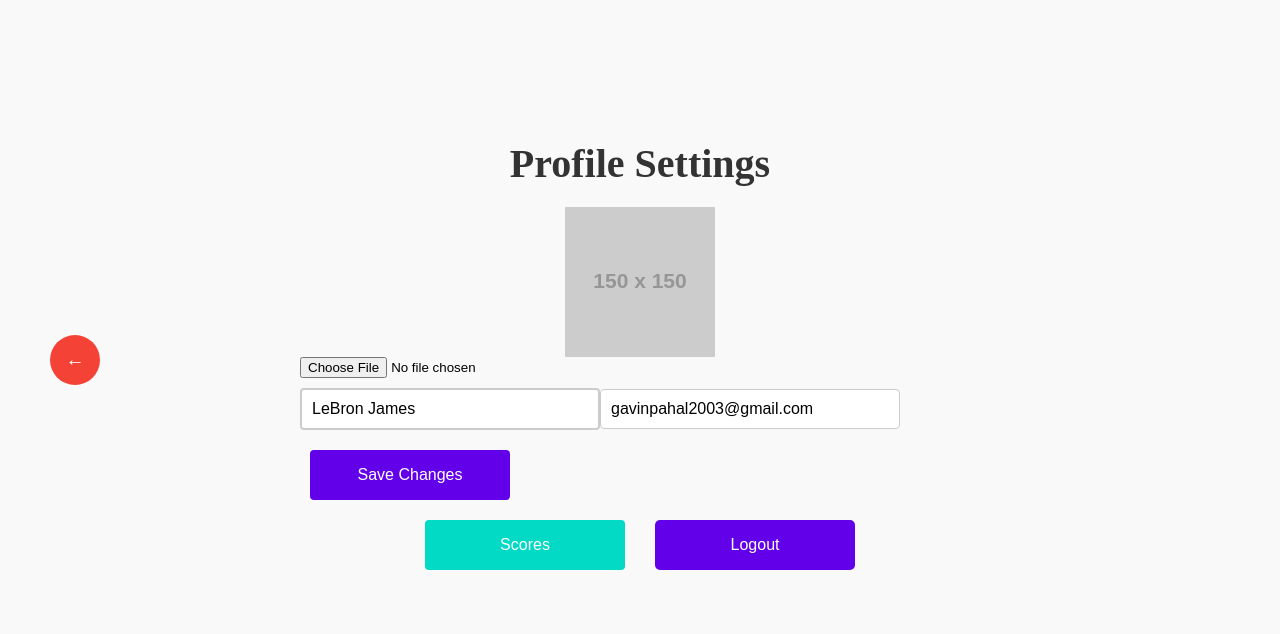
Repository: parnelltse/frontend2-courseproject
Page: /profilesettings
The author's editor kept a copy of each file at every save. The page is drawn from the files as they stood at one save, then again after the next save.
The browser window is 1280 px wide. The pictures show the whole page.
The project was rebuilt for these pictures with package versions that can differ from the ones it lists, and the page was loaded fresh each time. Also part of the build but not shown: vite.config.js, src/pages/landing.jsx, src/pages/home.jsx, src/pages/gameoptions.jsx, src/pages/appsettings.jsx, src/pages/gamehistory.jsx, src/pages/singleplayer.jsx, src/pages/multiplayer.jsx and 4 more.

Above is the page before, as saved 2024-11-17 01:20:16.

### src/App.jsx
import React, { useState } from 'react';
import { BrowserRouter as Router, Routes, Route } from 'react-router-dom';
import { Landing } from './pages/landing';
import Home from './pages/home';
import Gameoptions from './pages/gameoptions';
import AppSettings from './pages/appsettings';
import ProfileSettings from './pages/profilesettings';
import GameHistory from './pages/gamehistory'; // Import GameHistory
import SinglePlayer from './pages/singleplayer';
import MultiPlayer from './pages/multiplayer';
import ResumeGame from './pages/resumegame';
import SingleGame from './pages/singlegame';
import MultiGame from './pages/multigame';

function App() {
  const [scores, setScores] = useState([
    { date: '2024-10-19', score: 85, gameMode: 'Single Player' },
    { date: '2024-10-18', score: 90, gameMode: 'Multiplayer' },
    { date: '2024-10-17', score: 75, gameMode: 'Single Player' },
  ]);

  return (
    <Router>
      <Routes>
        <Route path="/" element={<Landing />} />
        <Route path="/home" element={<Home />} />
        <Route path="/gameoptions" element={<Gameoptions />} />
        <Route path="/appsettings" element={<AppSettings />} />
        <Route path="/profilesettings" element={<ProfileSettings />} />
        <Route path="/gamehistory" element={<GameHistory scores={scores} />} /> {/* Pass scores as prop */}
        <Route path="/singleplayer" element={<SinglePlayer />} />
        <Route path="/multiplayer" element={<MultiPlayer />} />
        <Route path="/resumegame" element={<ResumeGame />} />
        <Route path="/singlegame" element={<SingleGame />} />
        <Route path="/multigame" element={<MultiGame />} />
      </Routes>
    </Router>
  );
}

export default App;

### src/pages/profilesettings.jsx
import React, { useState } from 'react';
import { useNavigate } from 'react-router-dom';
import BackButton from "../components/BackButton";

const ProfileSettings = () => {
  const [profile, setProfile] = useState({
    name: 'LeBron James',
    email: 'gavinpahal2003@gmail.com',
    avatar: 'https://via.placeholder.com/150',
  });

  const navigate = useNavigate();

  // Handle text input changes
  const handleChange = (e) => {
    const { name, value } = e.target;
    setProfile({ ...profile, [name]: value });
  };

  // Handle avatar upload
  const handleImageUpload = (e) => {
    const file = e.target.files[0];
    if (file) {
      const reader = new FileReader();
      reader.onload = () => setProfile({ ...profile, avatar: reader.result });
      reader.readAsDataURL(file);
    }
  };

  return (
    <div className="profile-settings-container">
      <div className="profile-back">
        <BackButton/>
      </div>

      {/* Profile Settings Title */}
      <h1 className="profile-settings-title">Profile Settings</h1>

      {/* Profile Info */}
      <div className="profile-info">
        <div className="profile-avatar">
          <img src={profile.avatar} alt="Avatar" width={150} />
          <input type="file" accept="image/*" onChange={handleImageUpload} />
        </div>
        <input
          className="username-input"
          type="text"
          name="name"
          value={profile.name}
          onChange={handleChange}
          placeholder="Name"
        />
        <input
          className="username-input"
          type="email"
          name="email"
          value={profile.email}
          onChange={handleChange}
          placeholder="Email"
        />
        <button className="save-button" onClick={() => alert('Profile saved!')}>
          Save Changes
        </button>
      </div>

      {/* Navigation Buttons */}
      <div className="navigation-buttons">
        <button className="scores-button" onClick={() => navigate('/gamehistory')}>
          Scores
        </button>
        <button className="logout-button">Logout</button>
      </div>
    </div>
  );
};

export default ProfileSettings;

### src/App.css
/* General Reset */
* {
	margin: 0;
	padding: 0;
	box-sizing: border-box;
}

/* Home page */
.container {
	align-items: center; /* Center the items horizontally */
	justify-content: center; /* Center the items vertically */
	min-height: 100vh; /* Full viewport height */
	background-color: #e3f2fd; /* Light blue background color */
	padding: 20px; /* Padding around content */
	padding-top: 15vh;
}

header {
	text-align: center;
	margin-bottom: 40px; /* Space below header */
	margin: auto;
}

button {
	background-color: #1e88e5; /* Button background color */
	color: white; /* White text color */
	border: none; /* Remove border */
	border-radius: 5px; /* Rounded corners */
	padding: 10px; /* Padding for buttons */
	cursor: pointer; /* Pointer cursor */
	transition: background-color 0.3s; /* Smooth background transition */
	width: 200px; /* Fixed width for all buttons */
	height: 50px; /* Fixed height for all buttons */
	font-size: 1rem; /* Font size for button text */
	margin: 10px; /* Space between buttons */
}

button:hover {
	background-color: #1565c0; /* Darker button color on hover */
}

.button-container {
	display: flex; /* Use flexbox for button alignment */
	flex-direction: column; /* Stack buttons vertically */
	align-items: center; /* Center buttons horizontally */
}

.title {
	font-size: 2.5rem; /* Title font size */
	text-align: center; /* Center the title text */
	margin-bottom: 20px; /* Space below title */
}

.profile-button {
	background-color: #6200ea; /* Primary color */
	color: white; /* White text */
	border: none; /* Remove border */
	border-radius: 5px; /* Rounded corners */
	padding: 10px 20px; /* Button padding */
	font-size: 24px; /* Font size */
	cursor: pointer; /* Pointer cursor on hover */
	transition: background-color 0.3s; /* Smooth background transition */
	width: 200px; /* Ensure the width matches other buttons */
	height: 50px; /* Ensure the height matches other buttons */
	margin-top: 100px;
}

.profile-button:hover {
	background-color: #3700b3; /* Darker shade on hover */
}

.button-container {
	display: flex;
	gap: 20px; /* Space between buttons */
}

.play-button,
.settings-button {
	background-color: #03dac6; /* Secondary color */
	border: none;
	border-radius: 5px;
	padding: 15px 25px; /* Button padding */
	font-size: 1.5rem; /* Font size */
	cursor: pointer; /* Pointer cursor on hover */
	transition: background-color 0.3s; /* Smooth background transition */
	align-items: center;
	text-align: center;
}

.play-button {
	color: rgb(74, 96, 86); /* darker text */
}

.settings-button {
	color: white; /* white text */
}

.play-button:hover {
	background-color: #018786; /* Darker shade on hover */
	color: white; /* white text */

}

.settings-button {
	background-color: #ff5722; /* Different color for settings */
}

.settings-button:hover {
	background-color: #c41c00; /* Darker shade on hover */
}

/* Typography */
h1 {
	font-size: 2.5rem;
	text-align: center;
	margin-bottom: 20px;
}

h2 {
	font-size: 1.75rem;
	text-align: center;
	margin-bottom: 15px;
}

/* Button Styles */
button {
	background-color: #6200ea;
	color: white;
	padding: 10px 20px;
	border: none;
	border-radius: 5px;
	cursor: pointer;
	margin: 10px;
	transition: background-color 0.3s ease;
}

button:hover {
	background-color: #3700b3;
}

/* Form Input Styles */
input[type="text"],
input[type="password"],
input[type="number"] {
	width: 100%;
	padding: 10px;
	margin: 10px 0;
	box-sizing: border-box;
	border: 2px solid #ccc;
	border-radius: 4px;
}

form {
	max-width: 400px;
	margin: 20px auto;
	display: flex;
	flex-direction: column;
}

/* Back Button */
button.back-btn {
	background-color: #f44336;
	color: white;
	border-radius: 50%;
	width: 50px;
	height: 50px;
	display: flex;
	justify-content: center;
	align-items: center;
	font-size: 1.2rem;
}

button.back-btn:hover {
	background-color: #e53935;
}

/* App Settings */
.app-settings {
	display: flex;
	flex-direction: column;
	justify-content: center;
	align-items: center;
	padding: 20px;
	text-align: center;
	min-height: 100vh;
	padding-top: 20vh;
}

.setting-bottons {
	display: flex;
	justify-content: center;
	flex-direction: column;
	margin: auto;
	align-items: center;
}

.theme-toggle {
	background-color: #333;
	color: white;
	padding: 10px;
	border-radius: 5px;
	cursor: pointer;
}

.theme-toggle:hover {
	background-color: #555;
}

/* Game Options */
.game-options {
	display: flex;
	flex-direction: column;
	align-items: center;
	margin: 20px;
}

button.grid-size {
	background-color: #2196f3;
	margin: 5px;
}

button.grid-size:hover {
	background-color: #1976d2;
}

/* single and multiplayer pages */
img {
	max-width: 100%;
	height: auto;
	display: block;
	margin: 0 auto;
}

.game-grid {
	display: grid;
	justify-content: center; /* Center the grid */
	gap: 20px; /* Space between cards */
	padding: 100px 100px 0 100px;
	grid-template-columns: repeat(auto-fit, minmax(100px, 1fr)); /* Auto-adjust columns */
	margin-bottom: 0;
  }

.game-item {
	background-color: #c5d9e8; /* Background color for game items */
	border: 1px solid #100f0f; /* Border for each game item */
	border-radius: 5px; /* Rounded corners */
	display: flex; /* Center content */
	align-items: center; /* Center content vertically */
	justify-content: center; /* Center content horizontally */
	height: 100px; /* Fixed height for game items */
	width: 200px;
	font-size: 1.2em; /* Font size for game item text */
}

/* history page */

.history-container {
	display: flex;
	flex-direction: column;
	align-items: center;
	justify-content: center;
	min-height: 100vh; /* Full viewport height */
	background-color: #f9f9f9; /* Light background color */
	padding: 20px; /* Padding around content */
}

.history-title {
	font-size: 2.5rem; /* Title font size */
	color: #333; /* Darker text color */
	margin-bottom: 10px; /* Space below title */
}

.history-description {
	font-size: 1.2rem; /* Description font size */
	color: #666; /* Slightly lighter text color */
	text-align: center; /* Center-align description */
	margin-bottom: 30px; /* Space below description */
}

.score-table {
	width: 100%;
	max-width: 600px; /* Max width for the table */
	margin: 0 auto; /* Center the table */
	background-color: white; /* White background for the table */
	border-radius: 8px; /* Rounded corners */
	box-shadow: 0 4px 8px rgba(0, 0, 0, 0.1); /* Subtle shadow */
	overflow: hidden; /* Ensure rounded corners apply */
}

table {
	width: 100%; /* Full width of the table */
	border-collapse: collapse; /* Remove space between table cells */
}

th,
td {
	padding: 15px; /* Cell padding */
	text-align: left; /* Align text to the left */
	border-bottom: 1px solid #e0e0e0; /* Bottom border for rows */
}

th {
	background-color: #6200ea; /* Header background color */
	color: white; /* White text for header */
}

tr:hover {
	background-color: #f1f1f1; /* Highlight row on hover */
}

.back-button {
	margin-top: 20px; /* Space above the back button */
}

/* profile settings page*/

.profile-settings-container {
	display: flex;
	flex-direction: column;
	align-items: center;
	justify-content: center;
	min-height: 100vh; /* Full viewport height */
	background-color: #f9f9f9; /* Light background color */
	padding: 20px; /* Padding around content */
}

.profile-settings-title {
	font-size: 2.5rem; /* Title font size */
	color: #333; /* Darker text color */
	margin-bottom: 20px; /* Space below title */
}

.submitted-username {
	font-size: 1.5rem; /* Font size for submitted username */
	color: #6200ea; /* Color for submitted username */
	margin-bottom: 20px; /* Space below username display */
}

.profile-settings-form {
	display: flex;
	flex-direction: column;
	align-items: center; /* Center align the form elements */
	margin-bottom: 20px; /* Space below the form */
}

.username-input {
	padding: 10px; /* Padding for input */
	font-size: 1rem; /* Font size for input */
	border: 1px solid #ccc; /* Border for input */
	border-radius: 4px; /* Rounded corners */
	margin-bottom: 10px; /* Space below input */
	width: 100%; /* Full width */
	max-width: 300px; /* Max width for input */
}

.save-button {
	padding: 10px 20px; /* Padding for button */
	background-color: #6200ea; /* Button background color */
	color: white; /* Button text color */
	border: none; /* Remove border */
	border-radius: 4px; /* Rounded corners */
	cursor: pointer; /* Pointer cursor on hover */
	font-size: 1rem; /* Font size for button */
}

.save-button:hover {
	background-color: #3700b3; /* Darker button color on hover */
}

.navigation-buttons {
	display: flex;
	gap: 10px; /* Space between navigation buttons */
}

.scores-button {
	padding: 10px 20px; /* Padding for button */
	background-color: #03dac6; /* Button background color */
	color: white; /* Button text color */
	border: none; /* Remove border */
	border-radius: 4px; /* Rounded corners */
	cursor: pointer; /* Pointer cursor on hover */
	font-size: 1rem; /* Font size for button */
}

.scores-button:hover {
	background-color: #018786; /* Darker button color on hover */
}

/* game options page */

.game-options-container {
	display: flex;
	flex-direction: column;
	align-items: center;
	justify-content: center;
	min-height: 100vh; /* Full viewport height */
	background-color: #f0f4f8; /* Light background color */
	padding: 20px; /* Padding around content */
}

.game-options-title {
	font-size: 2.5rem; /* Title font size */
	color: #333; /* Darker text color */
	margin-bottom: 40px; /* Space below title */
}

.game-options-buttons {
	display: flex;
	flex-direction: column; /* Arrange buttons vertically */
	gap: 15px; /* Space between buttons */
}

.game-option-button {
	padding: 15px 30px; /* Padding for buttons */
	font-size: 1.2rem; /* Font size for buttons */
	background-color: #6200ea; /* Button background color */
	color: white; /* Button text color */
	border: none; /* Remove border */
	border-radius: 5px; /* Rounded corners */
	cursor: pointer; /* Pointer cursor on hover */
	transition: background-color 0.3s; /* Smooth background transition */
	width: 100%; /* Full width */
	max-width: 300px; /* Max width for buttons */
}

.game-option-button:hover {
	background-color: #3700b3; /* Darker button color on hover */
}

/* create account page */

.create-container {
	display: flex;
	flex-direction: column;
	align-items: center;
	justify-content: center;
	min-height: 100vh; /* Full viewport height */
	background-color: #f0f4f8; /* Light background color */
	padding: 20px; /* Padding around content */
}

.create-header {
	text-align: center; /* Center header text */
	margin-bottom: 40px; /* Space below header */
}

.create-header h1 {
	font-size: 2.5rem; /* Title font size */
	color: #000000; /* Primary color for title */
}

.create-header h2 {
	font-size: 1.5rem; /* Subtitle font size */
	color: #333; /* Darker color for subtitle */
	margin-top: 10px; /* Space above subtitle */
}

.create-container > * {
	margin: 10px 0; /* Space between elements */
}

.back-button {
	margin-top: 20px; /* Space above back button */
	background-color: #6200ea; /* Match primary color */
	color: white; /* White text color */
	border: none; /* Remove border */
	border-radius: 5px; /* Rounded corners */
	padding: 10px 20px; /* Padding for button */
	cursor: pointer; /* Pointer cursor */
	transition: background-color 0.3s; /* Smooth background transition */
}

.back-button:hover {
	background-color: #3700b3; /* Darker button color on hover */
}

/* login page */
.login-container {
	align-items: flex-start;
	justify-content: center;
	min-height: 100vh; /* Full viewport height */
	background-color: #ede3fd; /* Light blue background color */
	padding-top: 20vh;
}

.login-header {
	text-align: center; /* Center header text */
	margin-bottom: 40px; /* Space below header */
}

.login-header h1 {
	font-size: 2.5rem; /* Title font size */
	color: #3700b3; /* Primary color for title */
}

.login-header h2 {
	font-size: 1.5rem; /* Subtitle font size */
	color: #424242; /* Darker color for subtitle */
	margin-top: 10px; /* Space above subtitle */
}

.account-form {
	width: 100%; /* Full width for the form */
	max-width: 400px; /* Maximum width for the form */
	background-color: white; /* White background for form */
	border-radius: 8px; /* Rounded corners */
	box-shadow: 0 2px 10px rgba(0, 0, 0, 0.1); /* Subtle shadow */
	padding: 20px; /* Padding inside the form */
}

button {
	background-color: #6200ea; /* Match primary color */
	color: white; /* White text color */
	border: none; /* Remove border */
	border-radius: 5px; /* Rounded corners */
	padding: 10px 20px; /* Padding for button */
	cursor: pointer; /* Pointer cursor */
	transition: background-color 0.3s; /* Smooth background transition */
}

button:hover {
	background-color: #3700b3; /* Darker button color on hover */
}

.account-form input {
	margin: 10px 0; /* Space between inputs */
	padding: 10px; /* Padding for inputs */
	border: 1px solid #ccc; /* Light border for inputs */
	border-radius: 5px; /* Rounded corners for inputs */
	width: 100%; /* Full width for inputs */
}

.profile-back {
	align-items: flex-start;
	display: flex;
	flex-direction: row;
	justify-content: flex-start;
	padding-left: 20px;
	position: absolute;
	left: 20px;
	z-index: 5;
}

### src/components/BackButton.jsx
import React from "react";
import { useNavigate } from "react-router-dom";

export default function BackButton() {
	const navigate = useNavigate();

	return (
		<button className="back-btn" onClick={() => navigate(-1)}>
			&#x2190;
		</button>
	);
}

Loaded but not shown: index.html (common file); src/main.jsx (common file)

After the next save:
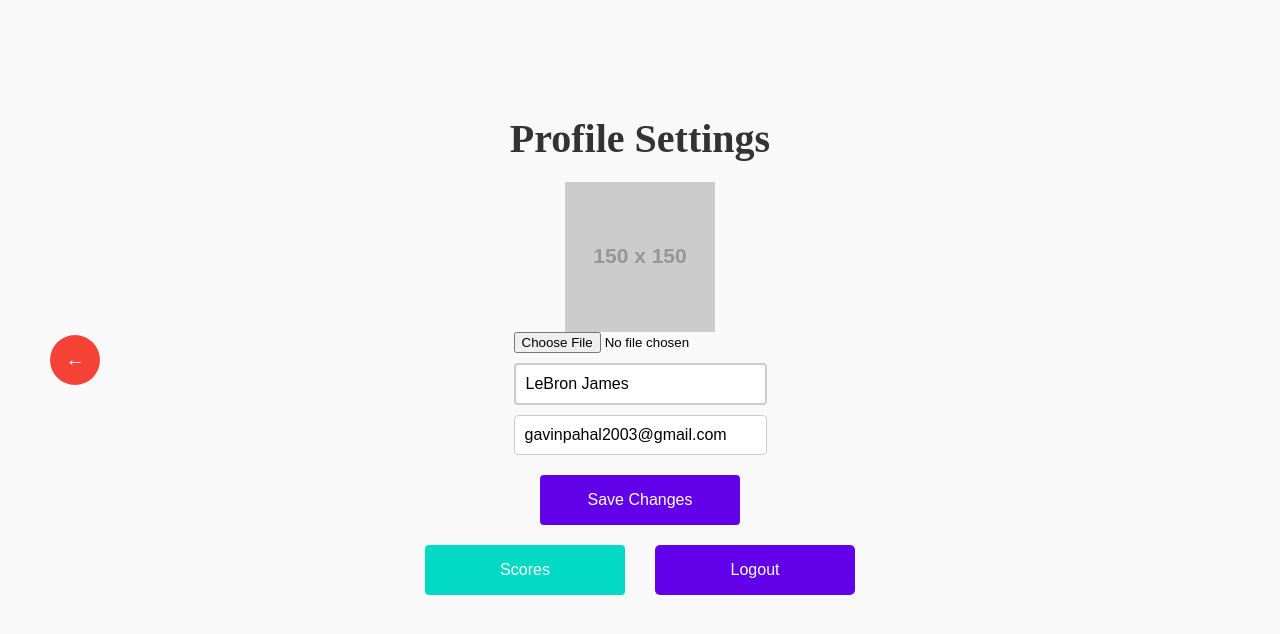
Saved 51 s later.
--- a/src/App.css
+++ b/src/App.css
@@ -540,3 +540,10 @@ button:hover {
 	left: 20px;
 	z-index: 5;
 }
+
+.profile-info {
+	display: flex;
+	flex-direction: column;
+	justify-content: center;
+	align-items: center;
+}
